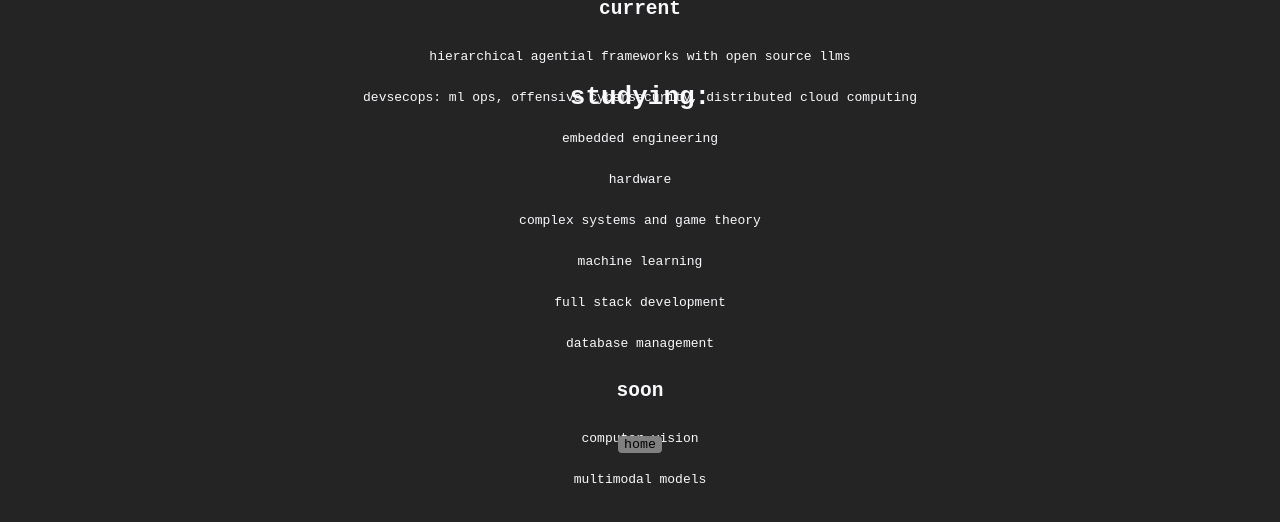
Repository: yellowspots/geneweb
Page: studying.html
These files come from the project's save history. The page is drawn as it stood at one moment and after a run of saves; the edit follows.
The browser window is 1280 px wide. The pictures show the whole page.

Above is the page before, as saved 2024-05-03 01:15:37.

After the next 2 saves:
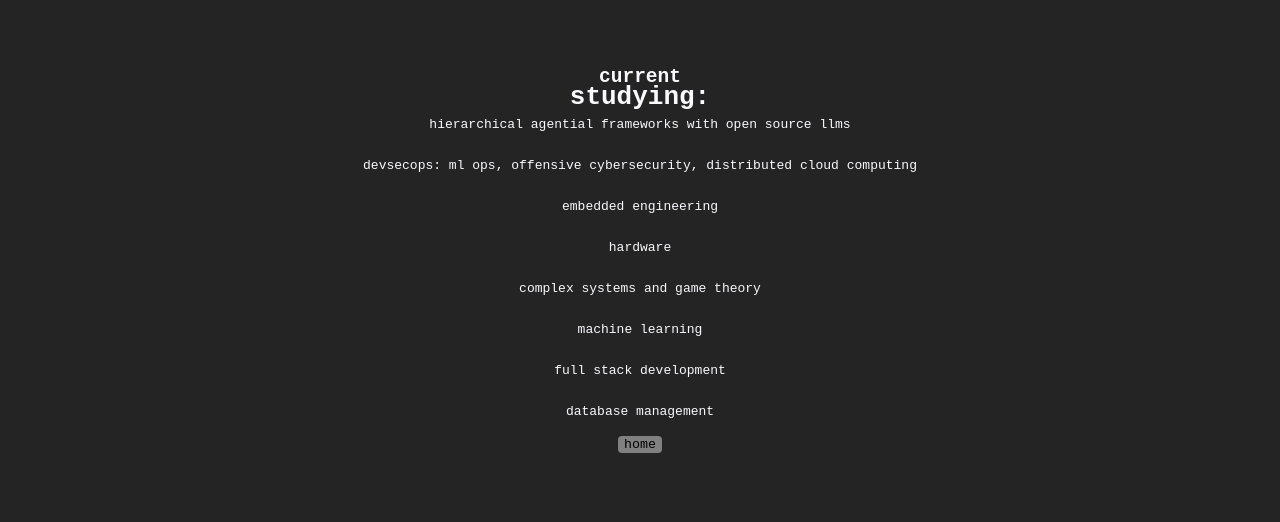
The 2 saves are shown as one change because they came seconds apart.
The last was saved 3 min 4 s later.
--- a/studying.html
+++ b/studying.html
@@ -18,11 +18,6 @@
             <p>machine learning</p>
             <p>full stack development</p>
             <p>database management</p>
-
-        <h2>soon</h2>
-            <p>computer vision</p>
-            <p>multimodal models</p>
-
     </div>
 </body>
 <footer>
